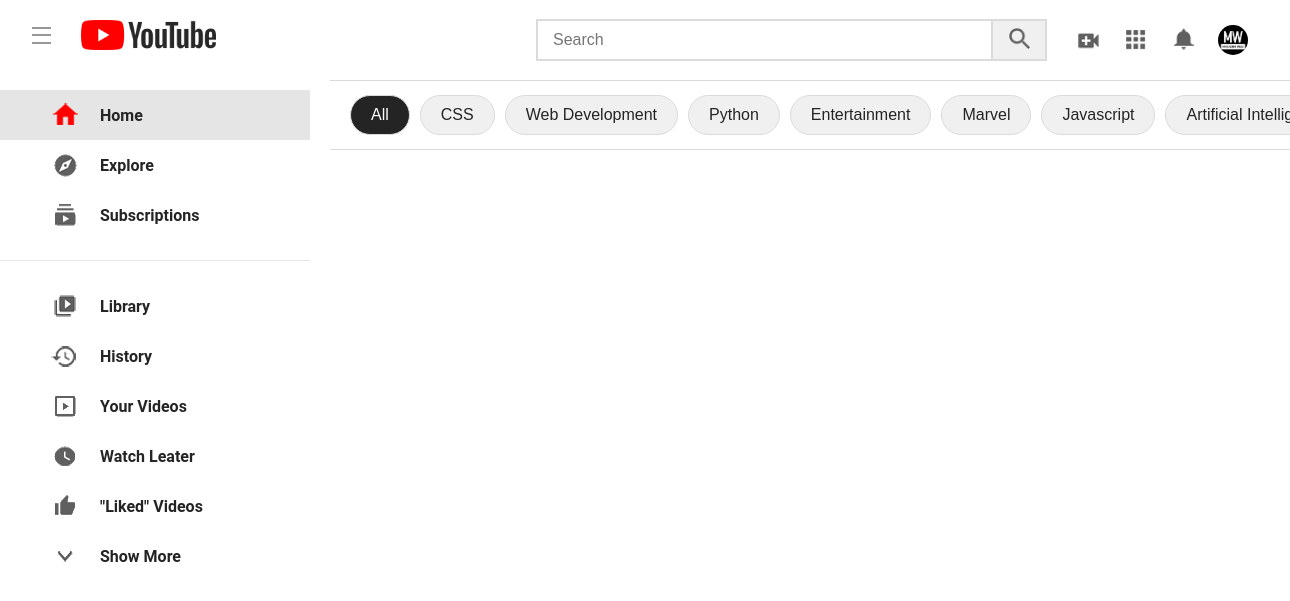
Repository: ds-mbappe/YouTube-Clone-UI
Page: index.html
An editor plug-in stored every save of this project. The page is shown before and after the next save, followed by the edit.
The browser window is 1280 px wide. The page is 1290 px wide, so the pictures cover 1290 px, including what lies to the right of the window. The pictures show the whole page.
The page's requests for data from a server got no answer.

Above is the page before, as saved 2021-08-03 01:02:08.

### index.html
<!DOCTYPE html>
<html lang="en">
<head>
    <meta charset="UTF-8">
    <meta http-equiv="X-UA-Compatible" content="IE=edge">
    <meta name="viewport" content="width=device-width, initial-scale=1.0">
    <link rel="stylesheet" href="styles.css"/>
    <title>YouTube</title>
</head>
<body>
    <nav class="navbar">
        <div class="toggle-btn">
            <span></span>
            <span></span>
            <span></span>
        </div>
        <img src="img/logo.PNG" class="logo" alt="">
        <div class="search-box">
            <input type="text" class="search-bar" placeholder="search">
            <button class="search-btn"><img src="img/search.PNG" alt=""></button>
        </div>
        <div class="user-options">
            <img src="img/video.PNG" class="icon" alt="">
            <img src="img/grid.PNG" class="icon" alt="">
            <img src="img/bell.PNG" class="icon" alt="">
            <div class="user-dp">
                <img src="img/profile-pic.png" alt="">
            </div>
        </div>
    </nav>
    <div class="side-bar">
        <a href="#" class="links active"><img src="img/home.PNG" alt="">home</a>
        <a href="#" class="links"><img src="img/explore.PNG" alt="">explore</a>
        <a href="#" class="links"><img src="img/subscription.PNG" alt="">subscriptions</a>
        <hr class="seperator">
        <a href="#" class="links"><img src="img/library.PNG" alt="">library</a>
        <a href="#" class="links"><img src="img/history.PNG" alt="">history</a>
        <a href="#" class="links"><img src="img/your-video.PNG" alt="">your videos</a>
        <a href="#" class="links"><img src="img/watch-later.PNG" alt="">watch leater</a>
        <a href="#" class="links"><img src="img/liked video.PNG" alt="">"liked" videos</a>
        <a href="#" class="links"><img src="img/show more.PNG" alt="">show more</a>
    </div>
    <div class="filters">
        <button class="filter-options active">all</button>
        <button class="filter-options">CSS</button>
        <button class="filter-options">web development</button>
        <button class="filter-options">python</button>
        <button class="filter-options">entertainment</button>
        <button class="filter-options">marvel</button>
        <button class="filter-options">javascript</button>
        <button class="filter-options">artificial intelligence</button>
        <button class="filter-options">machine learning</button>
        <button class="filter-options">trending</button>
    </div>
    <hr class="seperator">
    <div class="video-container">
        <!-- <div class="video">
            <img src="img/profile-pic.png" class="thumbnail" alt="">
            <div class="content">
                <img src="img/profile-pic.png" class="channel-icon" alt="">
                <div class="info">
                    <h4 class="title">youtube clone 2021 | create working youtube clone</h4>
                    <p class="channel-name">modern web</p>
                </div>
            </div>
        </div> -->
    </div>

    <script src="app.js"></script>

</body>
</html>

### styles.css
* {
  margin: 0;
  padding: 0;
  box-sizing: border-box;
}

*:focus {
  outline: none;
}

body {
  position: relative;
  font-family: "roboto", sans-serif;
}

.navbar {
  position: fixed;
  top: 10px;
  left: 0;
  width: 100%;
  height: 60px;
  background: #fff;
  display: flex;
  align-items: center;
  padding: 0 2.5vw;
}

.toggle-btn {
  margin-bottom: 10px;
  width: 20px;
  height: 15px;
  position: relative;
  cursor: pointer;
}

.toggle-btn span {
  position: absolute;
  width: 100%;
  height: 2px;
  top: 50%;
  transform: translateY(-50%);
  background: #979797;
}

.toggle-btn span:nth-child(1) {
  top: 0;
}

.toggle-btn span:nth-child(3) {
  top: 100%;
}

.logo {
  height: 30px;
  margin: -10px 30px 0;
}

.search-box {
  position: relative;
  margin-left: 290px;
  width: 46%;
  height: 42px;
  display: flex;
}

.search-bar {
  width: 85%;
  height: 100%;
  border: 2px solid #dbdbdb;
  padding: 0 15px;
  font-size: 16px;
  text-transform: capitalize;
}

.search-btn {
  width: 10%;
  height: 100%;
  background: #f0f0f0;
  border: 2px solid #dbdbdb;
  padding: 5px 0;
  border-left: none;
}

.search-btn img {
  height: 75%;
}

.user-options {
  height: 35px;
  display: flex;
  margin-left: auto;
  align-items: center;
}

.user-options .icon {
  height: 80%;
  margin-right: 20px;
  cursor: pointer;
}

.user-dp {
  cursor: pointer;
  height: 30px;
  width: 30px;
  border-radius: 50%;
  overflow: hidden;
}

.user-dp img {
  width: 100%;
  height: 100%;
  object-fit: cover;
}

.side-bar {
  position: fixed;
  top: 90px;
  left: 0;
  min-width: 320px;
  width: 250px;
  font-weight: bold;
  height: calc(100vh - 60px);
  background: #fff;
  padding-right: 10px;
}

.links {
  display: block;
  width: 100%;
  padding: 10px 20px;
  display: flex;
  align-items: center;
  text-transform: capitalize;
  color: #242424;
  font-size: 16px bold;
  text-decoration: none;
}

.links img {
  height: 30px;
  margin-left: 30px;
  margin-right: 20px;
}

.links:hover,
.links.active {
  background: rgba(0, 0, 0, 0.1);
}

.seperator {
  border: none;
  border-bottom: 1px solid rgba(0, 0, 0, 0.1);
  margin: 20px 0;
}

.filters {
  position: fixed;
  left: 330px;
  top: 80px;
  width: calc(100% - 250px);
  height: 70px;
  background: #fff;
  border-top: 1px solid #dbdbdb;
  border-bottom: 1px solid #dbdbdb;
  padding: 0 20px;
  display: flex;
  align-items: center;
  overflow-x: auto;
  overflow-y: hidden;
}

.filters::-webkit-scrollbar {
  display: none;
}

.filter-options {
  flex: 0 0 auto;
  padding: 10px 20px;
  border-radius: 50px;
  background: #f0f0f0;
  border: 1px solid #dbdbdb;
  text-transform: capitalize;
  margin-right: 10px;
  color: #242424;
  font-size: 16px;
  cursor: pointer;
}

.filter-options.active {
  color: #fff;
  background: #242424;
}

.video-container {
  width: calc(100% - 320px);
  margin-top: 135px;
  margin-left: 330px;
  padding: 20px;
  display: grid;
  grid-template-columns: repeat(4, 24%);
  grid-gap: 25px 20px;
  overflow-x: hidden;
}

.video {
  min-height: 250px;
  height: auto;
  cursor: pointer;
}

.thumbnail {
  width: 100%;
  height: 230px;
  object-fit: cover;
}

.content {
  width: 100%;
  height: 100px;
  margin-top: 10px;
  display: flex;
}

.channel-icon {
  width: 50px;
  height: 50px;
  border-radius: 50%;
  object-fit: cover;
  margin-right: 10px;
}

.title {
  width: 100%;
  font-size: 18px;
  overflow: hidden;
}

.channel-name {
  font-size: 18px;
  margin: 2px 0;
  margin-top: 5px;
  color: #979797;
}

### app.js
let api_key = "AIzaSyDHsb2XFQC_A5c3sgJTcE1WiZPR0dXluDA";
let video_http = "https://www.googleapis.com/youtube/v3/videos?";
let channel_http = "https://www.googleapis.com/youtube/v3/channels?";

fetch(video_http + new URLSearchParams({
    key: api_key,
    part: 'snippet',
    chart: 'mostPopular',
    maxResults: 50,
    regionCode: 'FR'
})).then(res => res.json()).then(data => {
    data.items.forEach(item => {
        getChannelIcon(item);
    })
}).catch(err => console.log(err));

const getChannelIcon = (video_data) => {
    fetch(channel_http + new URLSearchParams({
        key: api_key,
        part: 'snippet',
        id: video_data.snippet.channelId
    }))
    .then(res => res.json())
    .then(data => {
        video_data.channelThumbnail = data.items[0].snippet.thumbnails.default.url;
        makeVideoCard(video_data);
    })
}

const videoCardContainer = document.querySelector('.video-container');

const makeVideoCard = (data) => {
    videoCardContainer.innerHTML += `
    <div class="video" onclick="location.href = 'https://youtube.com/watch?v=${data.id}'">
        <img src="${data.snippet.thumbnails.high.url}" class="thumbnail" alt="">
        <div class="content">
            <img src="${data.channelThumbnail}" class="channel-icon" alt="">
            <div class="info">
                <h4 class="title">${data.snippet.title}</h4>
                <p class="channel-name">${data.snippet.channelTitle}</p>
            </div>
        </div>
    </div>
    `;
}

const searchInput = document.querySelector('.search-bar');
const searchBtn = document.querySelector('.search-btn');
let searchLink = "https://www.youtube.com/results?search_query=";

searchBtn.addEventListener('click', () => {
    if(searchInput.value.length){
        location.href = searchLink + searchInput.value;
    }
})

After the next save:
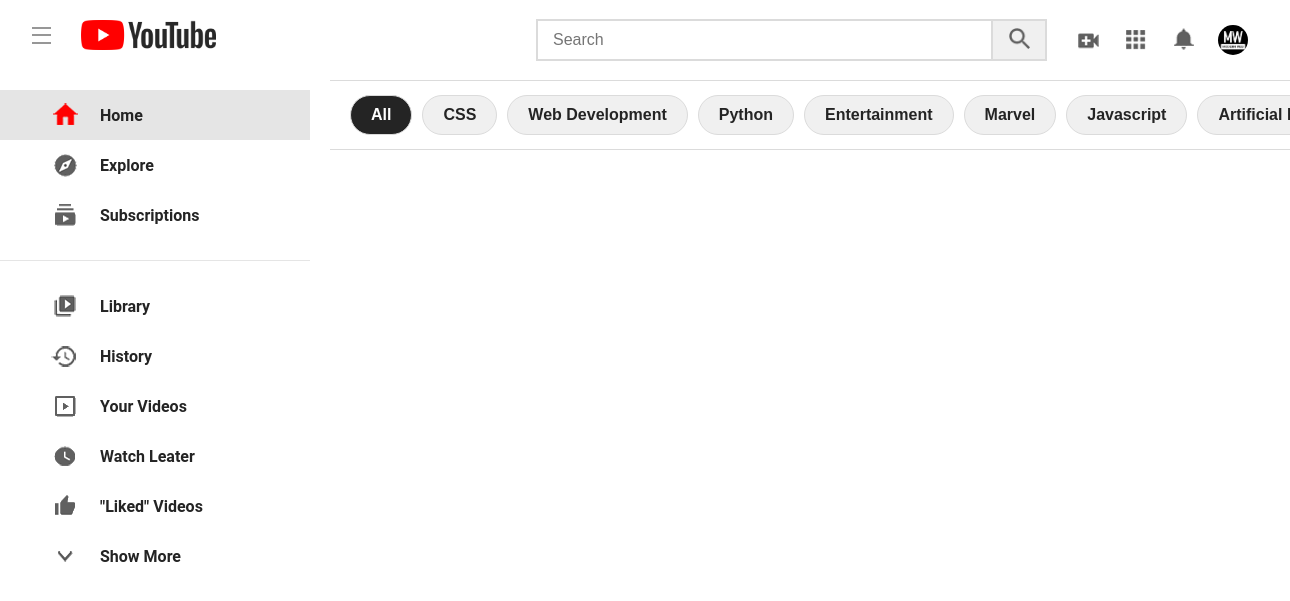
Saved 67 s later.
--- a/styles.css
+++ b/styles.css
@@ -169,6 +169,10 @@
   overflow-y: hidden;
 }
 
+button {
+  font-weight: bold;
+}
+
 .filters::-webkit-scrollbar {
   display: none;
 }
